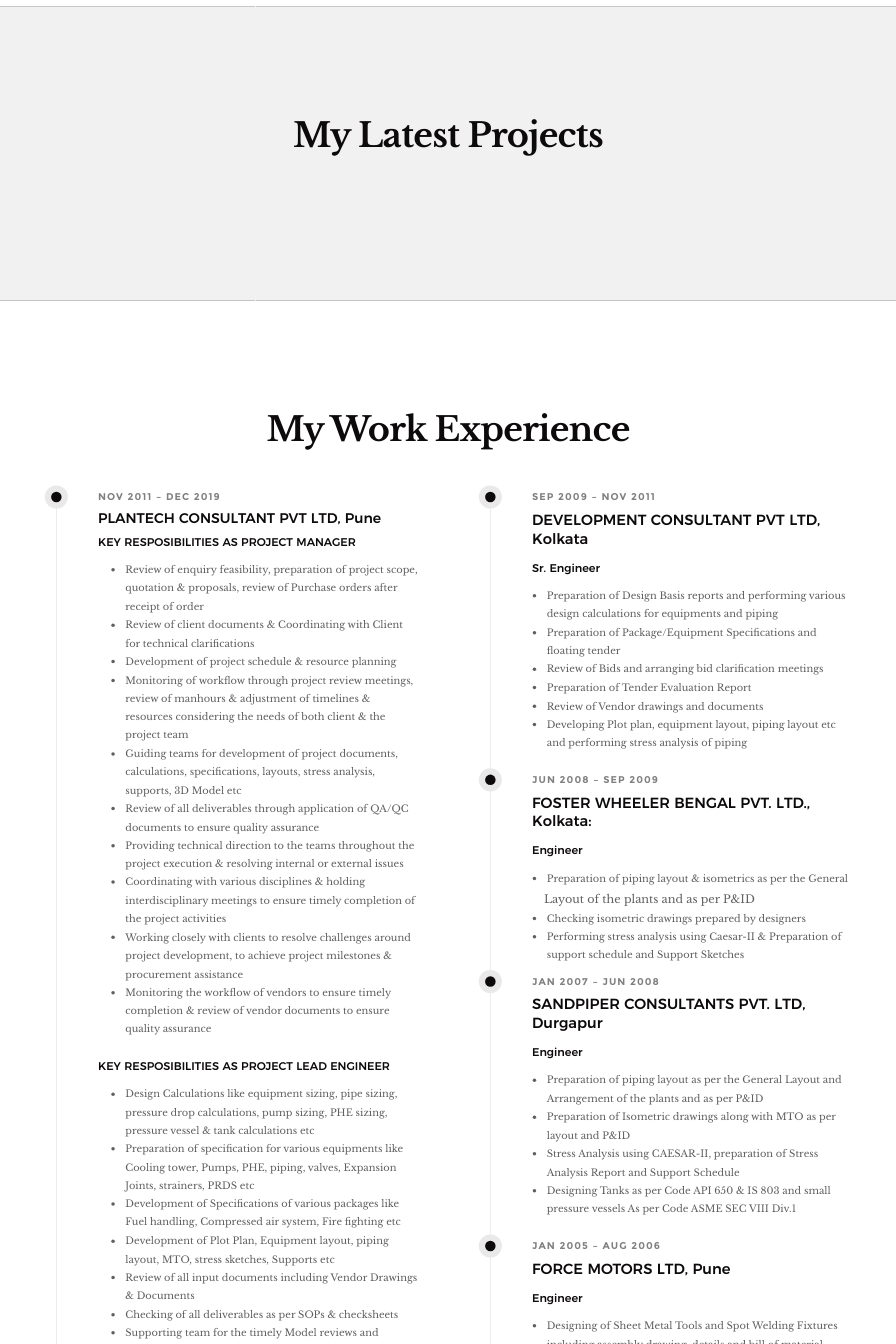
Repository: sumana1001/myprofile
Page: index.html
These files come from the project's save history. The page is drawn as it stood at one moment and after the next save; the edit follows.
The browser window is 1280 px wide. The pictures show the part of the page from y = 2382 to 4302 px (the page is 5998 px tall before and 6028 px after), at 70% of full size.

Above is the page before, as saved 2020-05-07 10:16:34.

After the next save:
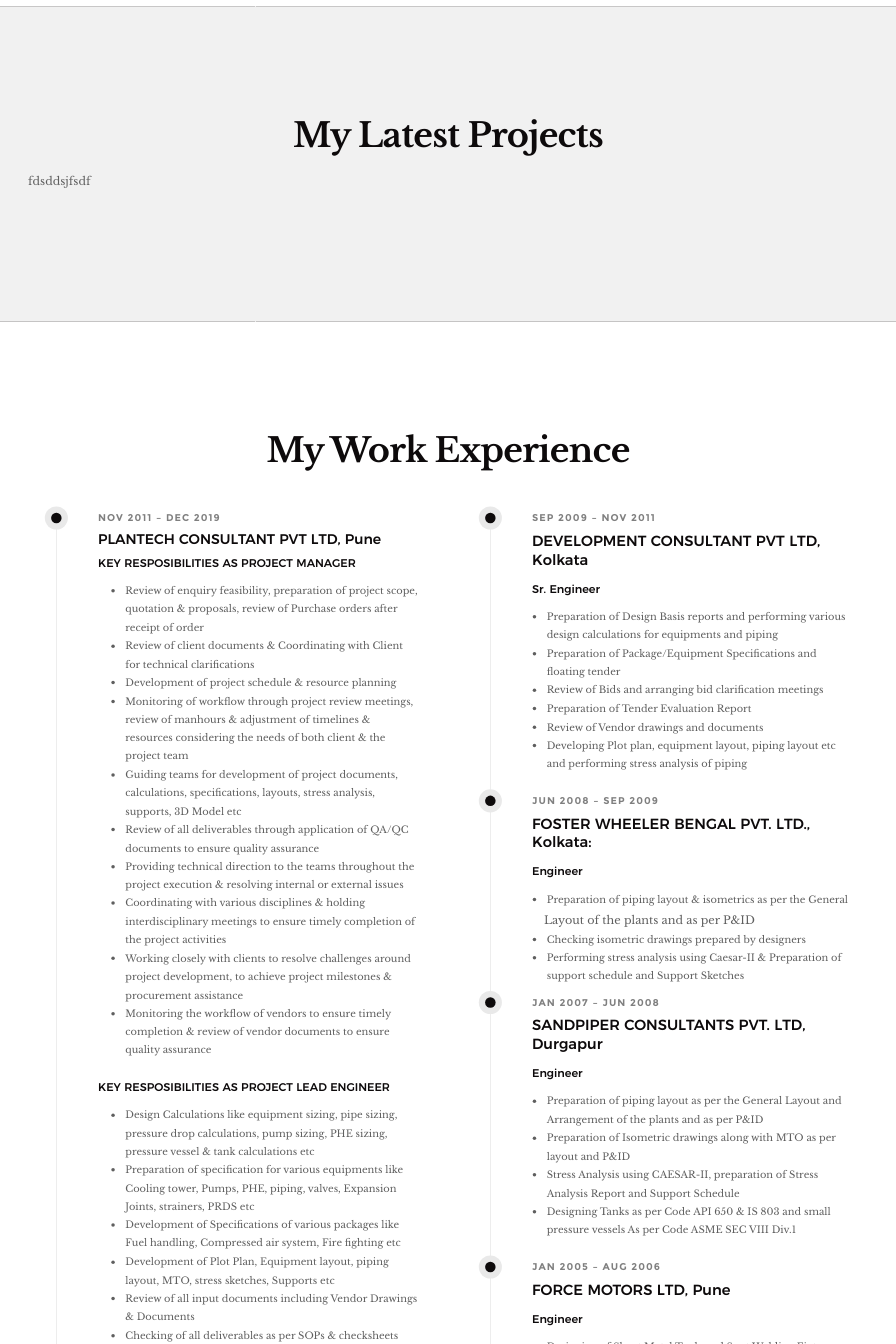
Saved 8 s later.
--- a/index.html
+++ b/index.html
@@ -222,7 +222,7 @@
         </div>
 
         <div class="row about-content about-content--timeline">
-
+            fdsddsjfsdf
         </div> <!-- end projects-content timeline -->
     </section> <!-- end projects -->
     <!-- works
